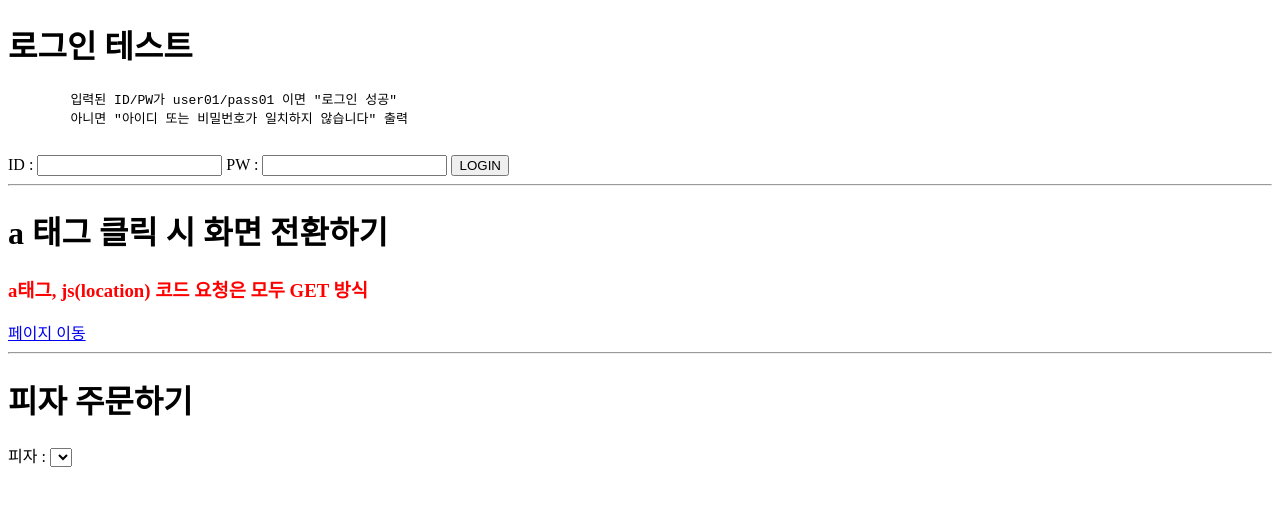
Repository: seungjoo1217/05_Server
Page: JSPProject1/src/main/webapp/index.html
An editor plug-in stored every save of this project. The page is shown before and after the next save, followed by the edit.
The browser window is 1280 px wide. The pictures show the whole page.

Above is the page before, as saved 2024-03-22 01:37:20.

### JSPProject1/src/main/webapp/index.html
<!DOCTYPE html>
<html lang="en">
<head>
    <meta charset="UTF-8">
    <meta name="viewport" content="width=device-width, initial-scale=1.0">
    <title>JSP Project1</title>
</head>
<body>
    <h1>로그인 테스트</h1>

    <pre>
        입력된 ID/PW가 user01/pass01 이면 "로그인 성공"
        아니면 "아이디 또는 비밀번호가 일치하지 않습니다" 출력
    </pre>

    <form action="/login" method="post">
        ID : <input type="text" name="id">
        PW : <input type="password" name="pw">
        <button>LOGIN</button>
    </form>

    <hr>

    <h1>a 태그 클릭 시 화면 전환하기</h1>

    <h3 style="color : red;">a태그, js(location) 코드 요청은 모두 GET 방식</h3>

    <a href="/test/result">페이지 이동</a>


	<hr>

	<h1>피자 주문하기</h1>

	<form action="/pizzaOrder" method="post">

		피자 :
		<select name="pizza">
			<option>
		</select>
	</form>




















</body>
</html>

After the next save:
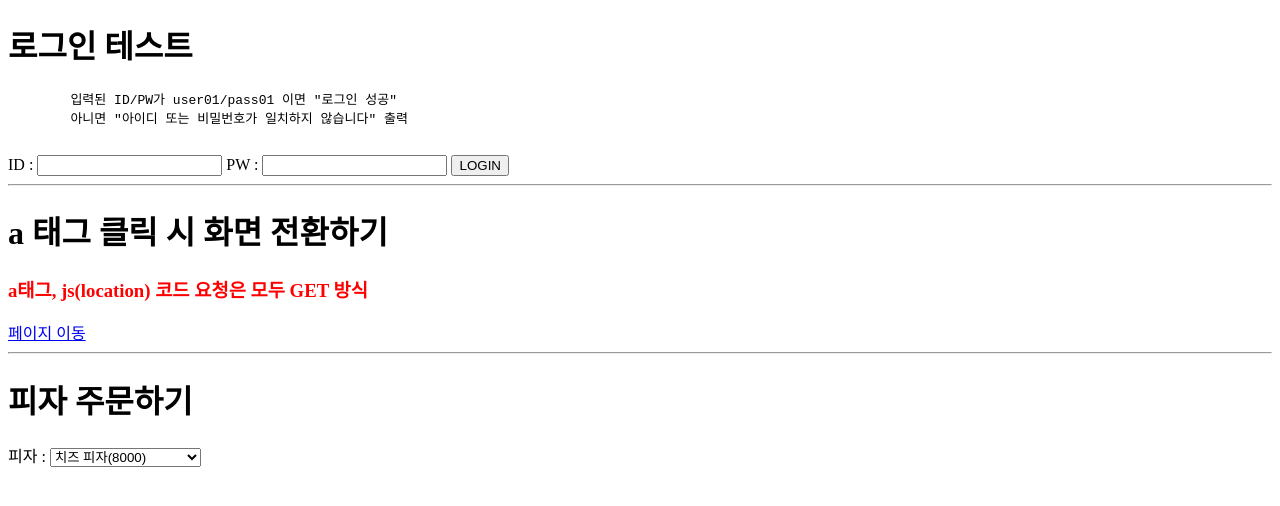
Saved 33 s later.
--- a/JSPProject1/src/main/webapp/index.html
+++ b/JSPProject1/src/main/webapp/index.html
@@ -36,7 +36,9 @@
 
 		피자 :
 		<select name="pizza">
-			<option>
+			<option>치즈 피자(8000)</option>
+			<option>콤비네이션 피자(9000)</option>
+			<option>핫치킨 피자(10000)</option>
 		</select>
 	</form>
 
